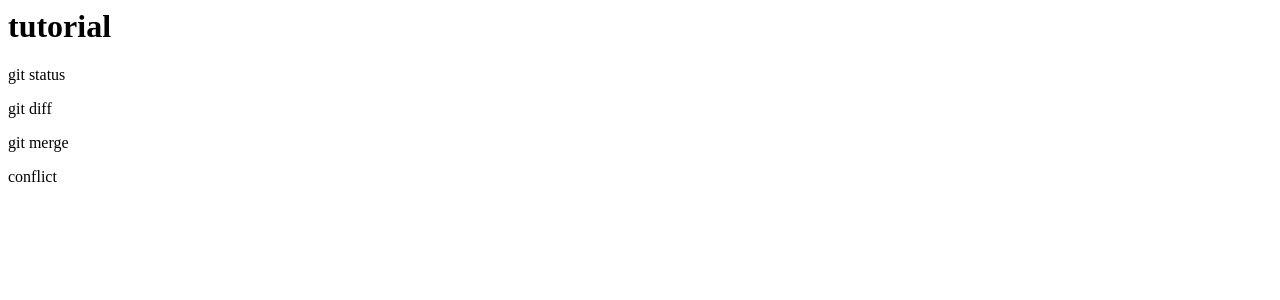
Repository: ponponnsan/pasonaAI
Page: index.html
The author's editor kept a copy of each file at every save. The page is drawn from the files as they stood at one save, then again after the next save.
The browser window is 1280 px wide. The pictures show the whole page.

Above is the page before, as saved 2020-10-28 17:38:25.

After the next save:
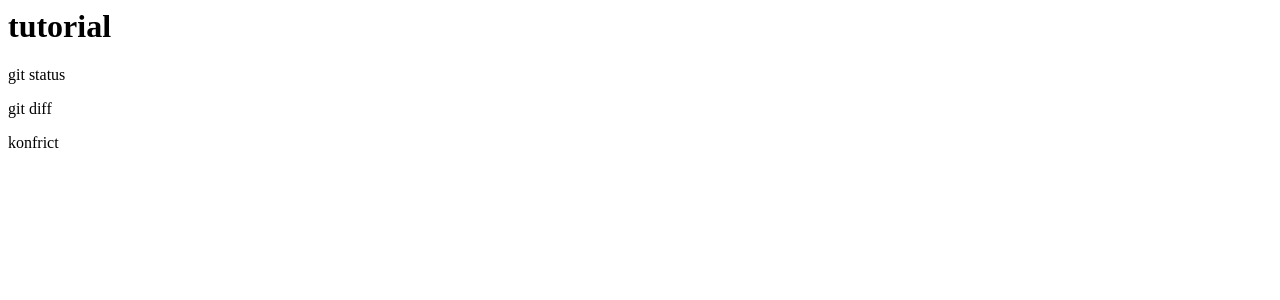
Saved 3 min 57 s later.
--- a/index.html
+++ b/index.html
@@ -1,5 +1,4 @@
 <h1>tutorial</h1>
 <p>git status</p>
 <p>git diff</p>
-<p>git merge</p>
-<p>conflict</p>
+<p>konfrict</p>

After the save that followed:
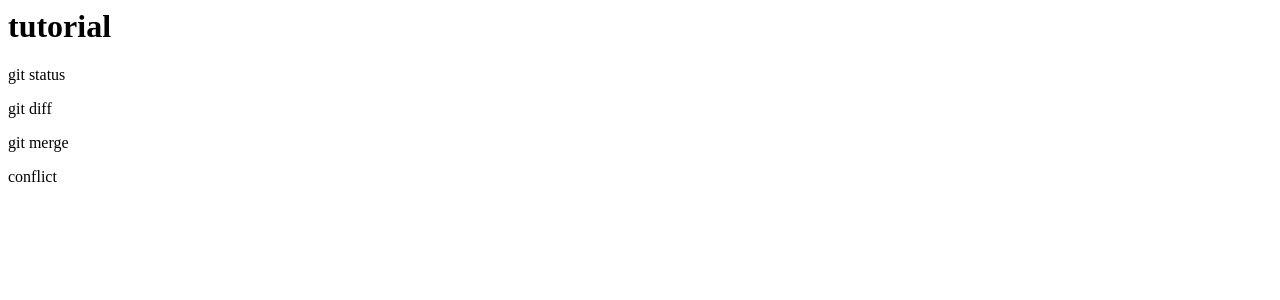
Saved 2 min 30 s later.
--- a/index.html
+++ b/index.html
@@ -1,4 +1,5 @@
 <h1>tutorial</h1>
 <p>git status</p>
 <p>git diff</p>
-<p>konfrict</p>
+<p>git merge</p>
+<p>conflict</p>
